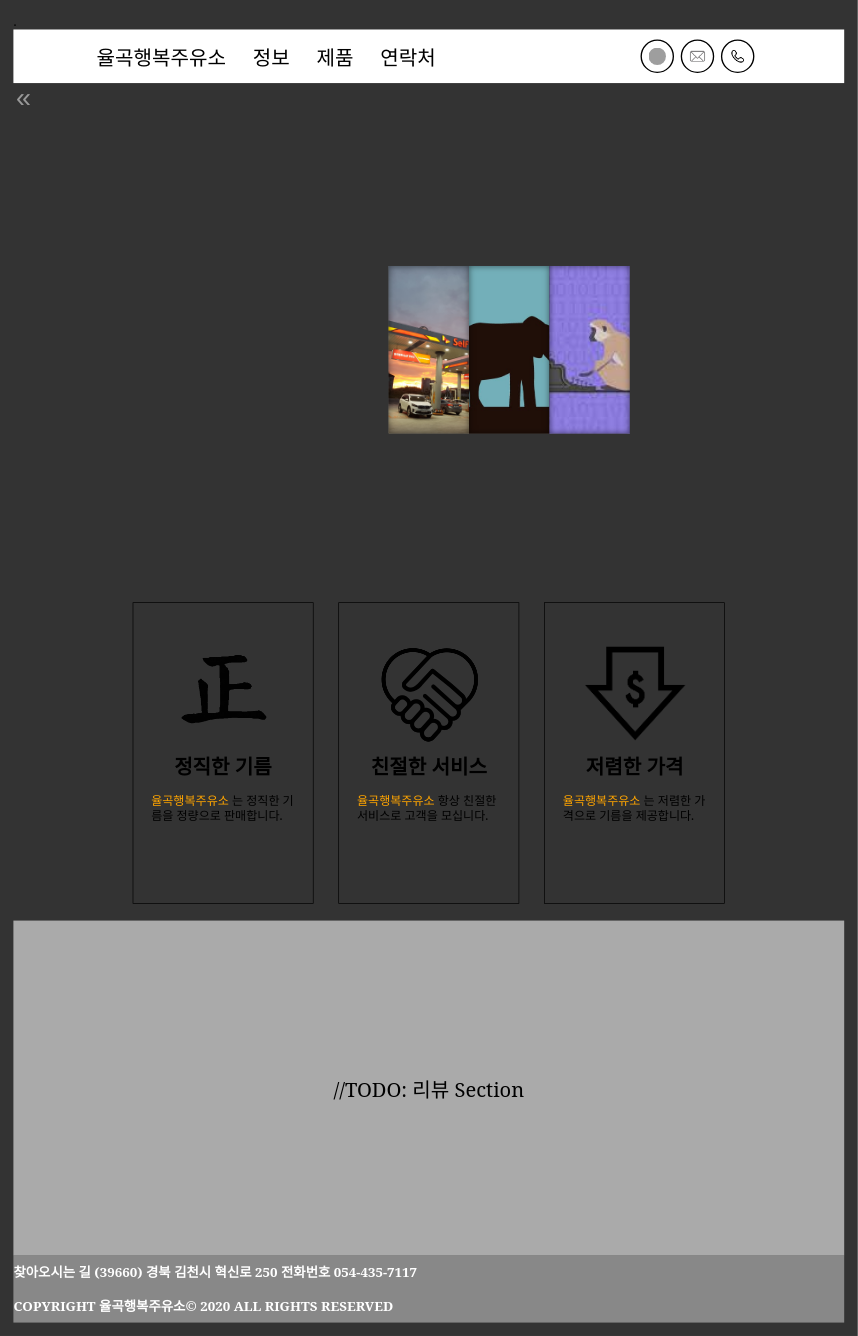
Repository: randomUser134923/pet-projects
Page: pet-projects/web1/index.html
The author's editor kept a record of every edit. The page is drawn from the files as they stood at one moment, then again after the next edit.
The browser window is 1280 px wide. The pictures show the whole page, at 67% of full size.
Pictures or frames that could not be fetched are drawn as grey boxes.

Above is the page before.

### pet-projects/web1/index.html
<!DOCTYPE html>
<html>
    <head>
        <meta charset="utf-8"/>
        <link rel="stylesheet" href="./css/style.css" type="text/css" />
        <link rel="stylesheet" href="./css/banner.css" type="text/css" />
          <link rel="stylesheet" href="https://cdnjs.cloudflare.com/ajax/libs/animate.css/4.1.1/animate.min.css" />
        <script type="text/javascript" src="./js/jquery-3.5.1.js"></script>
        <script src="https://cdnjs.cloudflare.com/ajax/libs/modernizr/2.8.3/modernizr.min.js"></script>.
        <script type="text/javascript" src="./js/banner.js"></script>


    </head>

    <body>
        <header>
            <div class="menu-wrapper">
                <ul class="menu-bar">
                    <li class="home_cont"><a href="#" class="home">율곡행복주유소</a></li>
                    <li class="about_cont"><a href="#" class="about">정보</a></li>
                    <li class="offer_cont"><a href="#" class="offer">제품</a></li>
                    <li class="contract_cont"><a href="#" class="contact">연락처</a></li>
                </ul>

                <ul class="icon-bar">
                    <li><img class="map-icon" src="./images/map.png" /></li>
                    <li><img class="mail-icon" src="./images/mail.png" /></li>
                    <li><img class="call-icon" src="./images/call.png" /></li>
                </ul>

            </div>

        </header>

        <div class="content-wrapper">
            <button onclick="prev()">&laquo;</button>
            <div class="scroller">
                <ul class="items">
                    <li class="item" style="background-image:url(./images/gas-station-1.jpg);"></li>
                    <li class="item" style="background-image:url(./images/img2.jpg);"></li>
                    <li class="item" style="background-image:url(./images/img3.jpg);"></li>
                </ul>
            </div>

            <div class="values">
                <div class="value1">
                    <div class ="value1-icon">
                        <img class= "value-icon-common" src="./images/honest.png"/>
                    </div>
                    <div class="value-text-container">
                        <div class="value-text-container-header">
                            정직한 기름
                        </div>
                        <div class="value-text-container-explain">
                            <p><span class="gas-station-name">율곡행복주유소</span> 는 정직한 기름을 정량으로 판매합니다.</p>
                        </div>
                    </div>
                </div>

                <div class="value2">
                    <div class ="value2-icon">
                        <img class= "value-icon-common" src="./images/kind.png"/>
                    </div>
                    <div class="value-text-container">
                        <div class="value-text-container-header">
                            친절한 서비스
                        </div>
                        <div class="value-text-container-explain">
                            <p><span class="gas-station-name">율곡행복주유소</span> 항상 친절한 서비스로 고객을 모십니다.</p>
                        </div>
                    </div>
                </div>

                <div class="value3">
                    <div class ="value3-icon">
                        <img class= "value-icon-common" src="./images/cheap.png"/>
                    </div>
                    <div class="value-text-container">
                        <div class="value-text-container-header">
                            저렴한 가격
                        </div>
                        <div class="value-text-container-explain">
                            <p><span class="gas-station-name">율곡행복주유소</span> 는 저렴한 가격으로 기름을 제공합니다.</p>
                        </div>
                    </div>
                </div>
            </div>

            <div class="reviews">
                <div class="review-text">
                    //TODO: 리뷰 Section
                </div>
            </div>

        </div>

        <footer>
            <div class="footer_explain">
                <p>
                    <span class="address">찾아오시는 길</span> (39660) 경북 김천시 혁신로 250
                    <span class="phone">전화번호</span> 054-435-7117 <br>
                </p>
            </div>

            <div class="copyright">
                COPYRIGHT <span>율곡행복주유소</span><span>&copy</span> 2020 ALL RIGHTS RESERVED
            </div>
        </footer>
    </body>
</html>

### pet-projects/web1/css/style.css
/* https://freefrontend.com/css-sliders/ */


* {
    padding: 0;
    margin:0;
    box-sizing: border-box;
}

@font-face { font-family: 'NanumBarunGothic';
src: url('/fonts/NanumBarunGothic.eot');
src: url('/fonts/NanumBarunGothic.eot') format('embedded-opentype'),
url('/fonts/NanumBarunGothic.woff') format('woff');}



header {
    display: flex;
    align-items: center;
    justify-content: center;
    height: 80px;
    width: 100%;
    background-color: #FFFFFF;
}

body {
    font-family: 'NanumGothic', 'serif';

}

ul {
    list-style-type: none;
    text-decoration: none;
}


a {
    text-decoration: none;
}

.menu-wrapper {
    display: flex;
    flex-direction: row;
    width: 80%;
    justify-content: space-between;
    align-items: center;
}

.menu-bar {
    display: flex;
    flex-direction: row;
    align-items: center;
}

.icon-bar {
    display: flex;
    flex-direction: row;
    align-items: center;
}

.map-icon , .call-icon , .mail-icon {
    display: flex;
    justify-content: center;
    align-items: center;
    width: 50px;
    height: 50px;
    padding: 10px;
    mix-blend-mode: multiply;
    border: 2px solid black;
    border-radius: 50px;
    margin-right: 10px;
}

.menu-bar li a {
    color: black;
}

.menu-bar li a:hover {
    color: blue;
}


.home , .about, .offer, .contact {
    display: flex;
    justify-content: center;
    align-items: center;
    font-size: 30px;
    margin-right: 40px;
}



.contact {
    margin-right: 0px;
}

.content-wrapper {

    position: relative;
    display: flex;
    flex-direction: column;
    height: 1750px;

}

/*                           Sliding banner                           */
.scroller {
    position: relative;
    display: flex;
    overflow:hidden;
    flex-wrap: nowrap;
    width: 100%;
    height: 750px;
}



/* ------------------------------------------------------------------- */

.values {
    display: flex;
    justify-content: center;
    align-items: center;
    height: 500px;
}


.value1 , .value2 , .value3 {
    position: relative;
    display:flex;
    justify-content: center;
    align-items: flex-end;
    border: 1px solid black;
    width: 270px;
    height: 90%;
    margin-right: 3%;
}

.value-text-container {
    display:flex;;
    flex-direction: column;
    align-items: center;
    width: 80%;
    height: 50%;
    font-size: 18px;
    line-height: 1.3;
}


.value-text-container-header {
    display:flex;
    font-weight: bold;
    font-size: 30px;

}

.value-text-container-explain {
    display:flex;
    margin-top: 20px;
}


.value3 {
    margin-right:0px;
}

.value1-icon , .value2-icon , .value3-icon {
    position: absolute;
    left: 50px;
    top: 50px;
    display: flex;
    justify-content: center;
    align-items: center;

    width: 170px;
    height: 170px;
}

.value-icon-common {
    width: 150px;
    height: 150px;
    mix-blend-mode: multiply;
}

.reviews {
    display: flex;
    justify-content: center;
    align-items: center;
    flex-direction: column;
    height: 500px;
    background-color: #AAAAAA;
}

.review-text {
    display: flex;
    justify-content: center;
    align-items: center;
    height: 75px;
    font-size: 30px;

}

.review-box-wrapper {
    display: flex;
    justify-content: center;
    align-items: center;
    flex-direction: row;
    width: 100%;
    height: 300px;

}

.review-box-1 {
    margin-right: 20px;
}

.review-box-1 , .review-box-2 {
    display: flex;
    justify-content: center;
    align-items: center;
    width: 40%;
    height: 100%;
}

blockquote{
  font-size: 1.4em;
  width:100%;
  height: 100%;
  margin:50px auto;
  font-style:italic;
  color: #555555;
  padding:1.2em 30px 1.2em 75px;
  border-left:8px solid #78C0A8 ;
  line-height:1.3;
  position: relative;
  background:#EDEDED;
}

blockquote::before{
  font-family:Arial;
  content: "\201C";
  color:#78C0A8;
  font-size:4em;
  position: absolute;
  left: 10px;
  top:-10px;
}

blockquote::after{
  content: '';
}

blockquote span{
  display:block;
  color:#333333;
  font-style: normal;
  font-weight: bold;
  margin-top:1em;
}


.scroller {
    display: flex;
    justify-content: center;
    align-items: center;
    height: 75px;
}
footer {
    height: 100px;
    font-size: 20px;
    text-align: left;
    color: white;
    background-color: #888888;
    font-weight: bold;
    line-height: 50px;
    vertical-align: middle;
}


.copyright {
    height: 5px;

}

.gas-station-name {
    color: orange;
    height: 16px;
}

### pet-projects/web1/css/banner.css
@import url(https://fonts.googleapis.com/css?family=Noto+Sans:400,700);
* {
  box-sizing: border-box;
  margin: 0;
  padding: 0;
}
html {
  font: 18px 'Noto Sans', Arial, sans-serif;
  background: #333;
}
body {
  padding: 20px;
}
h1 {
  text-align: center;
  color: #f0f0f0;
  margin-bottom: 1em;
}
.sticky {
  width: 100px;
  text-align: center;
  color: #be2221;
  font-size: 16px;
  background: #f0f0f0;
  line-height: 250px;
}
.content-wrapper {
  display: flex;
  align-items: stretch;
  margin: auto;
}
button {
  width: 30px;
  border: none;
  background: transparent;
  color: #fff;
  font-size: 40px;
  text-align: center;
  outline: none;
  opacity: 0.5;
  transition: opacity 300ms ease-out;
}
button:hover {
  opacity: 1;
}
.scroller {
  flex: 1;
  overflow: hidden;
}
.items {
  list-style-type: none;
  white-space: nowrap;
  font-size: 0;
  line-height: 0;
  transition: transform 1s ease-in-out;
}
.item {
  padding: 30px 20px;
  display: inline-block;
  width: 100%;
  height: 250px;
  font-size: 25px;
  letter-spacing: -0.03em;
  line-height: 1;
  font-weight: bold;
  background-size: cover;
  background-position: 50% 50%;
  text-transform: uppercase;
  box-shadow: inset 0 0 10px rgba(0, 0, 0, 0.5);
}
.item:nth-child(2) {
  color: #fff;
}

Loaded but not shown: pet-projects/web1/js/jquery-3.5.1.js (library); pet-projects/web1/js/banner.js (no stored copy; drawn as an empty file)

After the next edit:
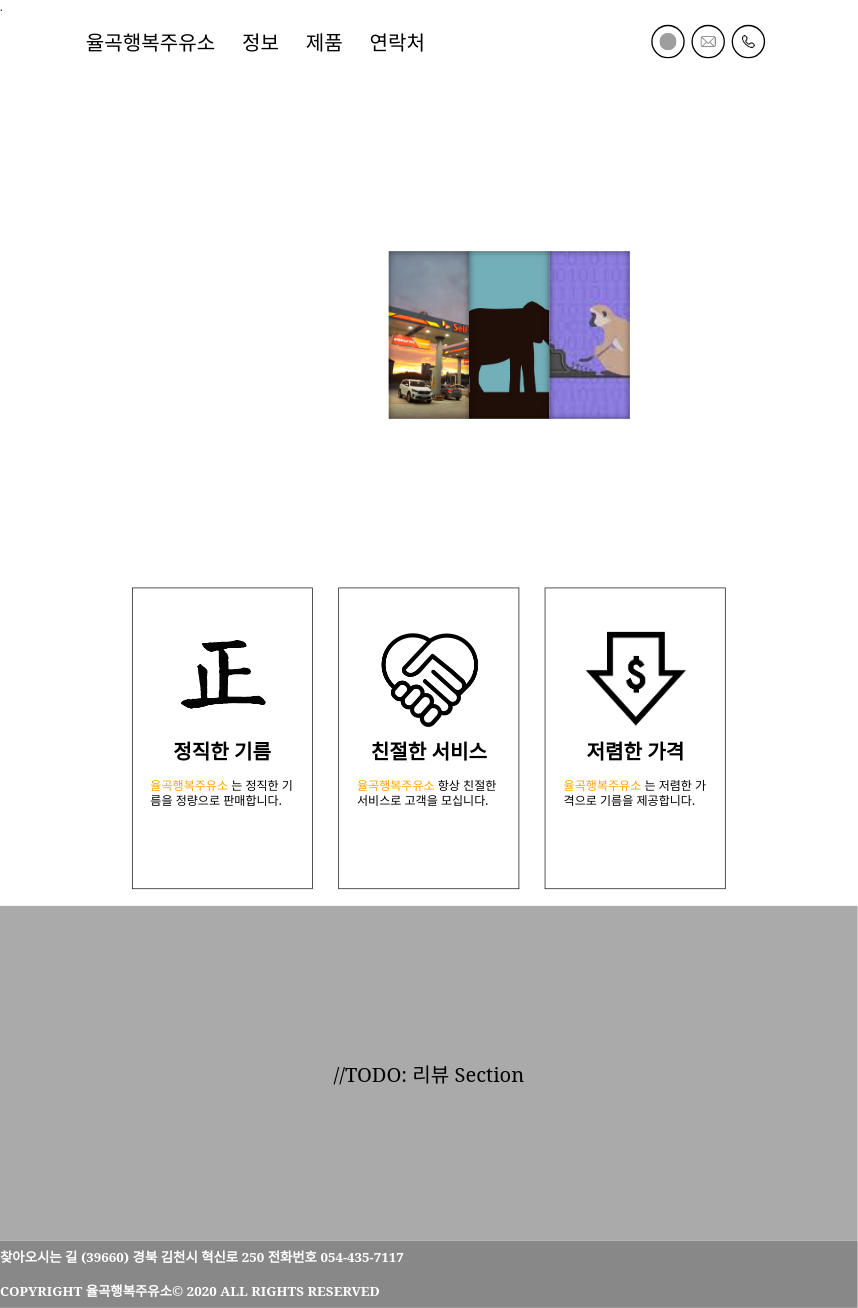
The edit:
--- a/pet-projects/web1/css/banner.css
+++ b/pet-projects/web1/css/banner.css
@@ -1,29 +1,6 @@
 @import url(https://fonts.googleapis.com/css?family=Noto+Sans:400,700);
-* {
-  box-sizing: border-box;
-  margin: 0;
-  padding: 0;
-}
-html {
-  font: 18px 'Noto Sans', Arial, sans-serif;
-  background: #333;
-}
-body {
-  padding: 20px;
-}
-h1 {
-  text-align: center;
-  color: #f0f0f0;
-  margin-bottom: 1em;
-}
-.sticky {
-  width: 100px;
-  text-align: center;
-  color: #be2221;
-  font-size: 16px;
-  background: #f0f0f0;
-  line-height: 250px;
-}
+
+
 .content-wrapper {
   display: flex;
   align-items: stretch;
